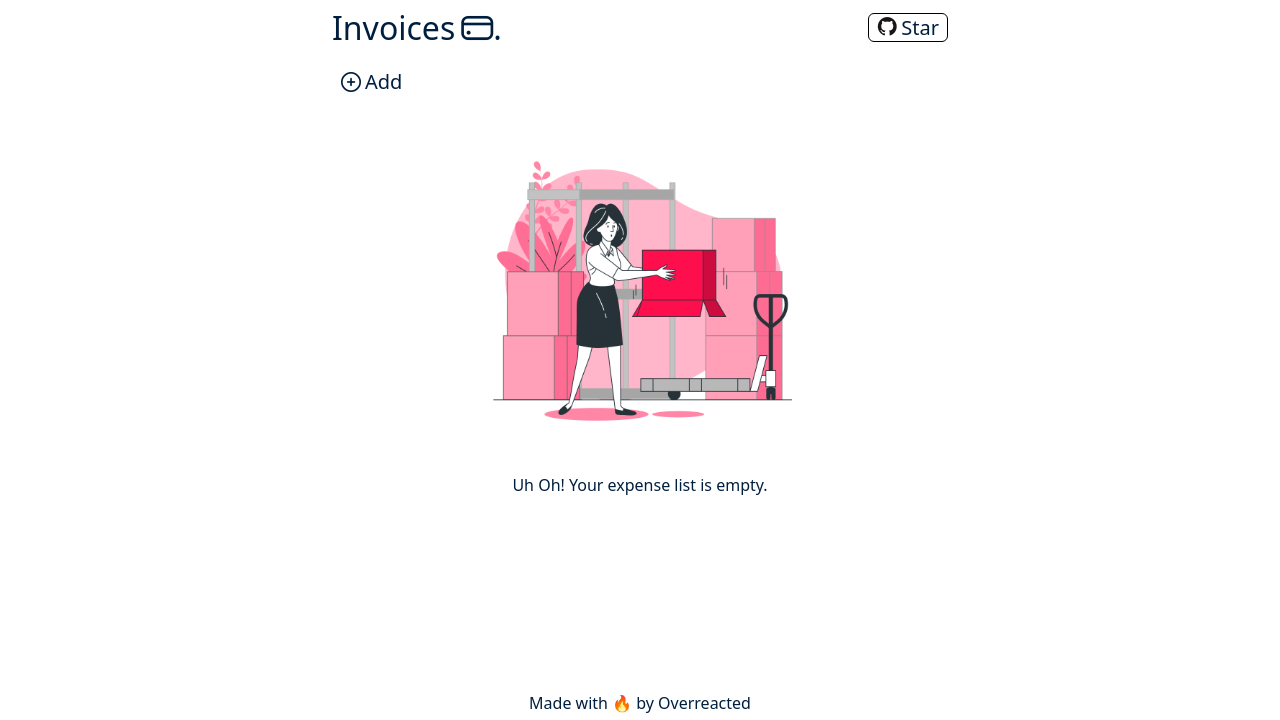
Repository: om1ars/task3
Page: /
These files come from the project's save history. The page is drawn as it stood at one moment and after a run of saves; the edit follows.
The browser window is 1280 px wide. The pictures show the whole page.
Some web libraries are served in a nearby version. The project was rebuilt for these pictures with package versions that can differ from the ones it lists, and the page was loaded fresh each time. Also part of the build but not shown: src/constants/add-expense.js, src/components/add-form/add-form.css, src/components/add-form/success-modal.css, src/components/add-form/success-modal.js, src/components/add-form/index.js, src/pages/add-expense/add-expense.css, src/pages/add-expense/index.js, src/components/expense-list/card.css and 1 more.

Above is the page before, as saved 2021-12-18 14:40:21.

### public/index.html
<!DOCTYPE html>
<html lang="en">
  <head>
    <meta charset="utf-8" />
    <link rel="icon" href="%PUBLIC_URL%/favicon.ico" />
    <meta name="viewport" content="width=device-width, initial-scale=1" />
    <meta name="theme-color" content="#000000" />
    <meta name="description" content="SPA to track all your expenses" />
    <link rel="apple-touch-icon" href="%PUBLIC_URL%/logo192.png" />
    <!--
      manifest.json provides metadata used when your web app is installed on a
      user's mobile device or desktop. See https://developers.google.com/web/fundamentals/web-app-manifest/
    -->
    <link rel="manifest" href="%PUBLIC_URL%/manifest.json" />
    <link rel="preconnect" href="https://fonts.googleapis.com" />
    <link rel="preconnect" href="https://fonts.gstatic.com" crossorigin />
    <link
      href="https://fonts.googleapis.com/css2?family=Noto+Sans&display=swap"
      rel="stylesheet"
    />
    <link
      rel="stylesheet"
      href="https://cdn-uicons.flaticon.com/uicons-regular-rounded/css/uicons-regular-rounded.css"
    />
    <link
      rel="stylesheet"
      href="https://cdn.jsdelivr.net/gh/devicons/devicon@v2.12.0/devicon.min.css"
    />
    <title>Xpensr</title>
  </head>
  <body>
    <noscript>You need to enable JavaScript to run this app.</noscript>
    <div id="root"></div>
    <!--
      This HTML file is a template.
      If you open it directly in the browser, you will see an empty page.

      You can add webfonts, meta tags, or analytics to this file.
      The build step will place the bundled scripts into the <body> tag.

      To begin the development, run `npm start` or `yarn start`.
      To create a production bundle, use `npm run build` or `yarn build`.
    -->
  </body>
</html>

### src/index.js
import React from "react";
import ReactDOM from "react-dom";
import "./index.css";
import App from "./App";
import reportWebVitals from "./reportWebVitals";
import { Provider } from "react-redux";
import store from "./redux/store/index";

ReactDOM.render(
  <Provider store={store}>
    <App />
  </Provider>,
  document.getElementById("root")
);

// If you want to start measuring performance in your app, pass a function
// to log results (for example: reportWebVitals(console.log))
// or send to an analytics endpoint. Learn more: https://bit.ly/CRA-vitals
reportWebVitals();

### src/index.css
body {
  margin: 0;
  font-family: "Noto Sans", sans-serif;
  -webkit-font-smoothing: antialiased;
  -moz-osx-font-smoothing: grayscale;
  /* background-color: #71ccca; */
  color: #001f3f;
}
a {
  text-decoration: none;
  color: #001f3f;
}
.button {
  /* background: #71ccca; */
  box-shadow: 20px 20px 60px #60adac, -20px -20px 60px #82ebe8;
}
code {
  font-family: source-code-pro, Menlo, Monaco, Consolas, "Courier New",
    monospace;
}

### src/App.js
import React from "react";
import { BrowserRouter as Router, Route, Switch } from "react-router-dom";
import Footer from "./components/footer";
import Header from "./components/header";
import AddExpense from "./pages/add-expense";
import Home from "./pages/home/index";

const App = () => {
  return (
    <Router>
      <Header />
      <Switch>
        <Route path="/" exact component={Home} />
        <Route path="/add-expense" component={AddExpense} />
      </Switch>
      <Footer />
    </Router>
  );
};

export default App;

### src/redux/store/index.js
import { combineReducers, createStore } from "redux";
import { expenseReducer } from "../reducers/expenses";
const reducer = combineReducers({
  expenses: expenseReducer,
});
const initialState = {};
const store = createStore(reducer, initialState);

export default store;

### src/components/footer/index.js
import React from "react";
import "./footer.css";
const Footer = () => {
  return <footer>Made with 🔥 by Overreacted</footer>;
};

export default Footer;

### src/components/header/index.js
import React from "react";
import "./header.css";
const Header = () => {
  return (
    <div className="header-container">
      <div className="header">
        <div className="header-logo">
          Invoices
          <i class="fi-rr-credit-card" />.
        </div>
        <div className="header-button">
          <a
            href="https://github.com/shuvamk"
            target="_blank"
            rel="noopener noreferrer"
          >
            <i class="devicon-github-original colored" />
            Star
          </a>
        </div>
      </div>
    </div>
  );
};

export default Header;

### src/pages/home/index.js
import React from "react";
import ExpenseList from "../../components/expense-list";
import Footer from "../../components/footer";
import Header from "../../components/header";
import TopFold from "../../components/top-fold";
import "./home.css";
const Home = () => {
  return (
    <div className="home">
      <TopFold />
      <ExpenseList />
    </div>
  );
};

export default Home;

### src/redux/reducers/expenses.js
import {
  ADD_EXPENSE,
  DELETE_EXPENSE,
  SEARCH_EXPENSE,
} from "../action-types/expenses";

const initialList = () => {
  const list = localStorage.getItem("expense-list");
  let expenses = [];
  if (list) {
    expenses = JSON.parse(list);
  }
  return expenses;
};
const initialState = {
  expenseList: initialList(),
  query: "",
};

export const expenseReducer = (state = initialState, action) => {
  switch (action.type) {
    case ADD_EXPENSE: {
      localStorage.setItem(
        "expense-list",
        JSON.stringify([...state.expenseList, action.data])
      );
      return {
        ...state,
        expenseList: [...state.expenseList, action.data],
        query: "",
      };
    }
    case DELETE_EXPENSE: {
      const { data } = action;
      const updatedList = state.expenseList.filter(
        (item) => item.createdAt !== data.createdAt
      );
      localStorage.setItem("expense-list", JSON.stringify(updatedList));
      return {
        ...state,
        expenseList: updatedList,
      };
    }
    case SEARCH_EXPENSE: {
      const { query } = action;
      return {
        ...state,
        query,
      };
    }
    default:
      return {
        ...state,
      };
  }
};

### src/components/footer/footer.css
footer {
  width: 100%;
  position: fixed;
  bottom: 0;
  display: flex;
  justify-content: center;
  align-items: center;
  padding-bottom: 6px;
}

### src/components/header/header.css
.header-container {
  width: 50%;
  margin: auto;
}
.header {
  display: flex;
  justify-content: space-between;
  align-items: center;
  flex: 1;
  margin: 6px 12px;
}
.header-logo {
  display: flex;
  align-items: center;
  font-size: 32px;
  font-weight: 500;
}
.header-logo i {
  display: flex;
  align-items: center;
  margin-left: 6px;
}

.header-button {
  font-size: 20px;
  display: flex;
  justify-content: center;
  align-items: center;
  border: 1px solid black;
  border-radius: 6px;
  padding: 0px 8px;
}
.header-button i {
  margin-right: 4px;
}

@media only screen and (max-width: 1024px) {
  .header-container {
    width: 90%;
  }
  .header-logo {
    font-size: 28px;
  }
  .header-button {
    font-size: 18px;
  }
}

@media only screen and (max-width: 512px) {
  .header-container {
    width: 100%;
  }
  .header-logo {
    font-size: 24px;
  }
  .header-button {
    font-size: 16px;
  }
}

### src/components/top-fold/index.js
import React, { useEffect, useState } from "react";
import { Link, useLocation } from "react-router-dom";
import "./top-fold.css";
import { useDispatch } from "react-redux";
import { searchExpense } from "../../redux/actions/expenses";
const TopFold = () => {
  const [query, setQuery] = useState("");
  const dispatch = useDispatch();
  const handleQuery = (e) => {
    setQuery(e.target.value);
    dispatch(searchExpense(e.target.value));
  };
  return (
    <div className="topfold">
      {window.location.pathname === "/" ? (
        <div className="home-topfold">
          {/* <div className="searchbar">
            <i class="fi-rr-search"></i>
            <input
              placeholder="Search for expenses"
              value={query}
              onChange={(e) => handleQuery(e)}
            />
          </div> */}
          <Link to="/add-expense">
            <div className="add-button">
              <i class="fi-rr-add"></i>
              <label>Add</label>
            </div>
          </Link>
        </div>
      ) : (
        <div className="add-topfold">
          <Link to="/">
            <div className="add-topfold-button">
              <i class="fi-rr-angle-left"></i>
              <label>Back</label>
            </div>
          </Link>
          <Link to="/">
            <div className="add-topfold-button">
              <i class="fi-rr-cross-circle"></i>
              <label>Cancel</label>
            </div>
          </Link>
        </div>
      )}
    </div>
  );
};

export default TopFold;

### src/components/expense-list/index.js
import React, { useEffect, useState } from "react";
import { useSelector } from "react-redux";
import { toast, ToastContainer } from "react-toastify";
import Card from "./card";
import "./expense-list.css";
const ExpenseList = () => {
  const { expenseList: list, query } = useSelector((state) => state.expenses);
  const filteredList = list.filter((item) => item.title.includes(query));

  const notifySuccess = () => toast.success("Expense Deleted!");
  return (
    <div className="expense-list">
      <ToastContainer
        position="bottom-left"
        autoClose={1500}
        hideProgressBar={false}
        newestOnTop={false}
        closeOnClick
      />
      {filteredList.length ? (
        filteredList.map((item) => (
          <Card item={item} notifySuccess={notifySuccess} />
        ))
      ) : (
        <div className="empty-state">
          <img
            src={require("../../assets/images/empty.png").default}
            alt="No Expenses"
            className="empty-image"
          />
          <label>Uh Oh! Your expense list is empty.</label>
        </div>
      )}
    </div>
  );
};

export default ExpenseList;

### src/pages/home/home.css
.home {
  width: 50%;
  margin: auto;
}

@media only screen and (max-width: 1024px) {
  .home {
    width: 90%;
  }
}

@media only screen and (max-width: 512px) {
  .home {
    width: 100%;
  }
}

### src/redux/action-types/expenses.js
export const ADD_EXPENSE = "ADD_EXPENSE";

export const DELETE_EXPENSE = "DELETE_EXPENSE";

export const SEARCH_EXPENSE = "SEARCH_EXPENSE";

### src/redux/actions/expenses.js
import {
  ADD_EXPENSE,
  DELETE_EXPENSE,
  SEARCH_EXPENSE,
} from "../action-types/expenses";

export const addExpense = (data) => {
  return {
    type: ADD_EXPENSE,
    data,
  };
};

export const deleteExpense = (data) => {
  console.log(data, "Action");
  return {
    type: DELETE_EXPENSE,
    data,
  };
};

export const searchExpense = (query) => {
  console.log(query);
  return {
    type: SEARCH_EXPENSE,
    query,
  };
};

### src/components/top-fold/top-fold.css
.topfold {
  display: flex;
  justify-content: space-between;
  margin: 6px 12px;
  padding: 12px 0px;
  align-items: center;
}
.home-topfold {
  display: flex;
  justify-content: space-between;
  flex: 1;
}
.searchbar {
  display: flex;
  align-items: center;
  width: 50%;
  background-color: white;
  border-radius: 12px;
}
.searchbar input {
  width: 80%;
  outline: none;
  padding: 8px 0px;
  border: none;
  margin-left: 6px;
  background-color: white;
}

.searchbar i {
  display: flex;
  align-items: center;
  margin-left: 6px;
}

.add-button {
  display: flex;
  align-items: center;
  border-radius: 4px;
  border: 1px solid white;
  font-size: 20px;
  padding: 0px 8px;
  border-radius: 6px;
  cursor: pointer;
}

.add-button i {
  display: flex;
  align-items: center;
  margin-right: 4px;
}
.add-topfold {
  display: flex;
  justify-content: space-between;
  flex: 1;
}
.add-topfold-button {
  display: flex;
  align-items: center;
  font-size: 18px;
  cursor: pointer;
}
.add-topfold-button i {
  display: flex;
  align-items: center;
  margin-right: 4px;
}

@media only screen and (max-width: 1024px) {
  .add-button {
    font-size: 18px;
  }
  .searchbar {
    width: 70%;
  }
}

@media only screen and (max-width: 512px) {
  .add-button {
    font-size: 16px;
  }
}

### src/components/expense-list/expense-list.css
.expense-list {
  margin: 6px 12px;

  display: flex;
  flex-direction: column;
  flex: 1;
}
.empty-state {
  display: flex;
  justify-content: center;
  align-items: center;
  flex-direction: column;
}
.empty-image {
  height: 360px;
}

@media only screen and (max-width: 1024px) {
  .empty-image {
    height: 320px;
  }
}

@media only screen and (max-width: 512px) {
  .empty-image {
    height: 240px;
  }
}

Loaded but not shown: src/reportWebVitals.js (common file)

After the next 2 saves:
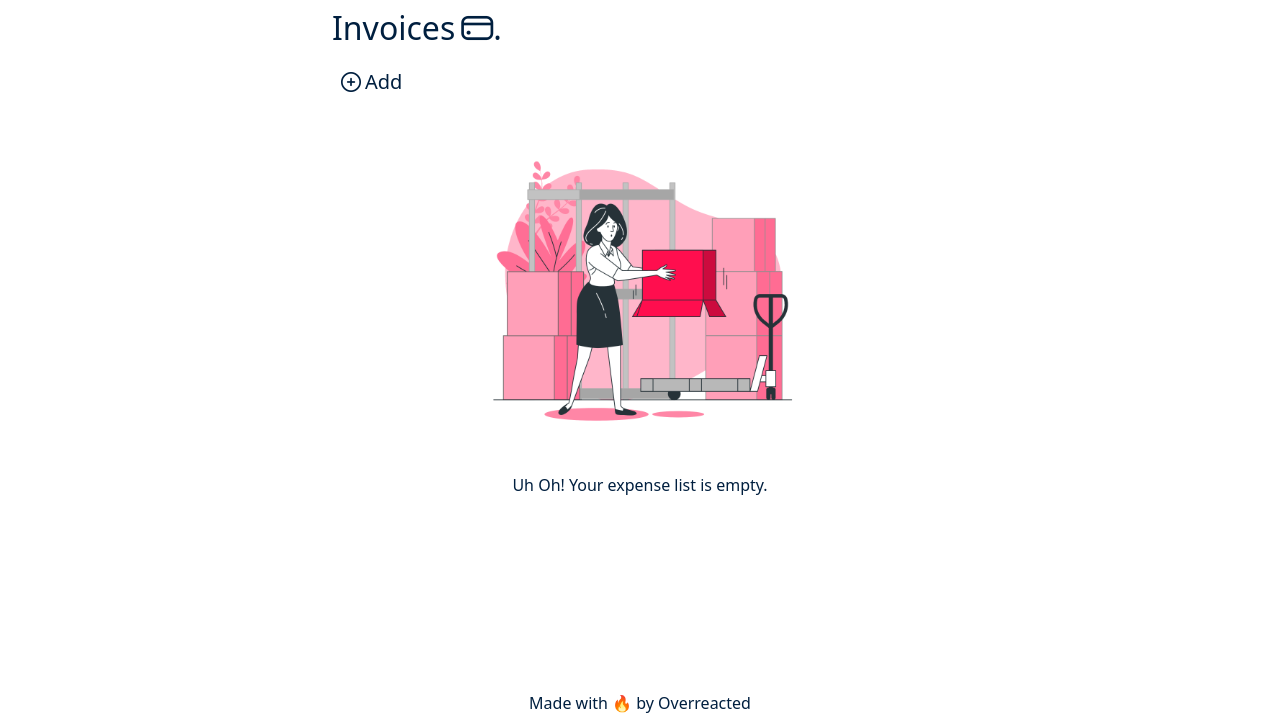
The 2 saves are shown as one change because they came seconds apart.
The last was saved 10 s later.
--- a/src/components/header/index.js
+++ b/src/components/header/index.js
@@ -8,16 +8,7 @@ const Header = () => {
           Invoices
           <i class="fi-rr-credit-card" />.
         </div>
-        <div className="header-button">
-          <a
-            href="https://github.com/shuvamk"
-            target="_blank"
-            rel="noopener noreferrer"
-          >
-            <i class="devicon-github-original colored" />
-            Star
-          </a>
-        </div>
+
       </div>
     </div>
   );
